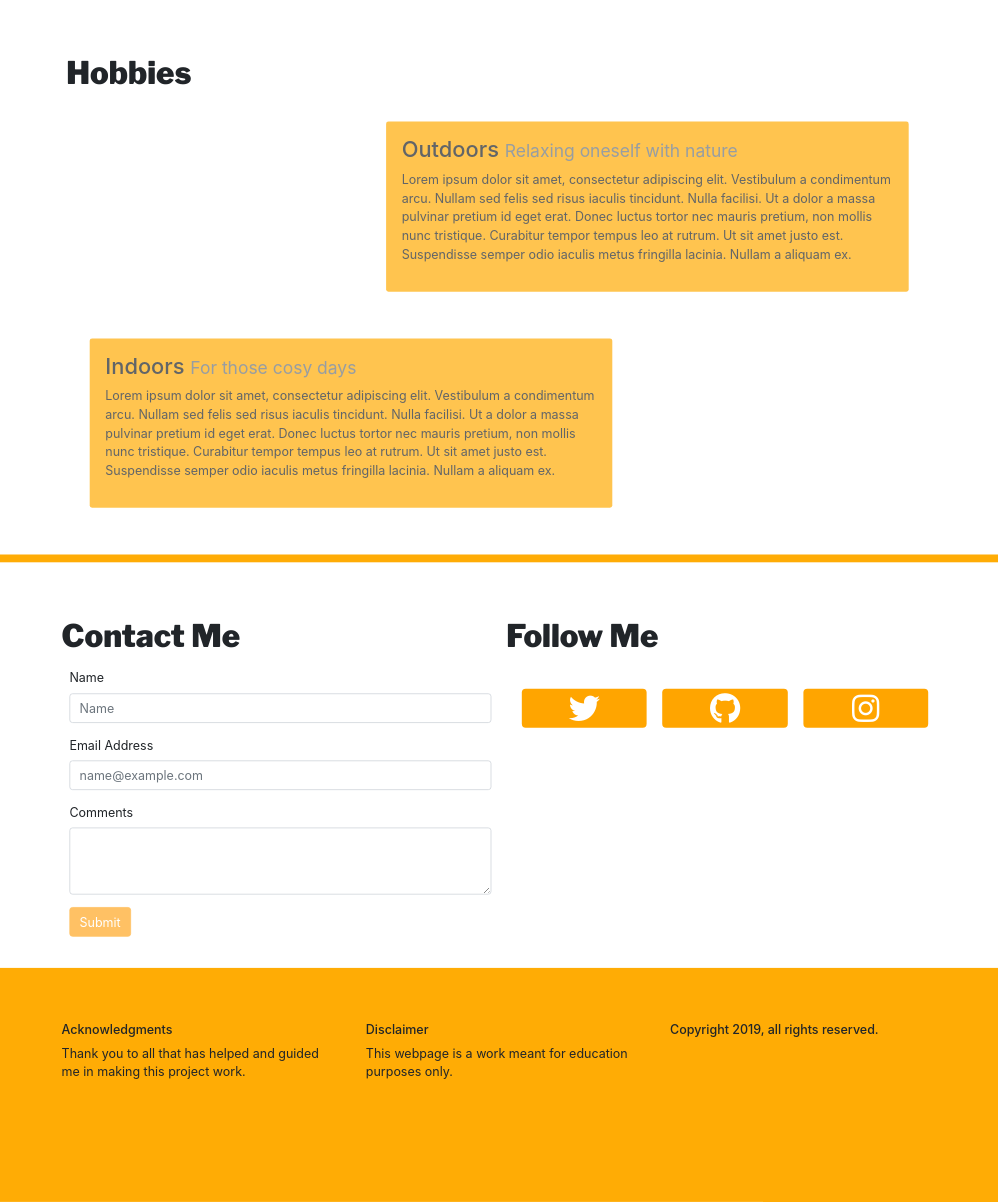
Repository: muhdarifrawi/resume-project
Page: index.html
The author's editor kept a record of every edit. The page is drawn from the files as they stood at one moment, then again after the next edit.
The browser window is 1280 px wide. The pictures show the part of the page from y = 2564 to 4105 px (the page is 4105 px tall), at 78% of full size.
Some web libraries are served in a nearby version.

Above is the page before.

### index.html
<!doctype html>
<html lang="en">

<head>
    <!-- Required meta tags -->
    <meta charset="utf-8">
    <meta name="viewport" content="width=device-width, initial-scale=1, shrink-to-fit=no">
    <!-- Font Awesome script -->
    <script src="https://kit.fontawesome.com/00e1568e72.js"></script>
    <!-- GOOGLE font -->
    <link href="https://fonts.googleapis.com/css?family=Libre+Franklin:900&display=swap" rel="stylesheet">
    <!-- AOS script -->
    <link href="https://unpkg.com/aos@2.3.1/dist/aos.css" rel="stylesheet">

    <!-- Bootstrap CSS -->
    <link rel="stylesheet" href="https://stackpath.bootstrapcdn.com/bootstrap/4.3.1/css/bootstrap.min.css" integrity="sha384-ggOyR0iXCbMQv3Xipma34MD+dH/1fQ784/j6cY/iJTQUOhcWr7x9JvoRxT2MZw1T" crossorigin="anonymous">
    <link rel="stylesheet" href="style.css" type="text/css" />
    <title>Online Resume</title>
</head>

  <!-- scroll spy added to body section -->
<body data-spy="scroll" data-target="#navscroll" data-offset="100">
    <!-- Navbar starts here -->
    <nav id="navscroll" class="navbar fixed-top navbar-expand-lg navbar-light bg-light">
        <a class="navbar-brand" href="#">My Resume</a>
        <button class="navbar-toggler" type="button" data-toggle="collapse" data-target="#navbarSupportedContent" aria-controls="navbarSupportedContent" aria-expanded="false" aria-label="Toggle navigation">
    <span class="navbar-toggler-icon"></span>
  </button>

        <div class="collapse navbar-collapse" id="navbarSupportedContent">
            <ul class="navbar-nav mr-auto">
                <li class="nav-item">
                    <a class="nav-link" href="#home">Home <span class="sr-only">(current)</span></a>
                </li>
                <li class="nav-item">
                    <a class="nav-link" href="#skills">Skills</a>
                </li>

                <li class="nav-item">
                    <a class="nav-link" href="#projects">Projects</a>
                </li>

                <li class="nav-item">
                    <a class="nav-link" href="#hobbies">Hobbies</a>
                </li>

                <li class="nav-item">
                    <a class="nav-link" href="#contact">Contact Me</a>
                </li>

            </ul>

        </div>
    </nav>
    <!-- navbar ends here -->

    <!--Jumbotron -->
    <div class="jumbotron jumbotron-fluid" id="home">
        <div class="container">
            <h1 class="display-4">Muhammad Arif Bin Rawi</h1>
            <p class="lead">Aspiring Junior Game Developer. </p>
        </div>
    </div>

    <div class="orange strip"></div>

<div class="container" id="skills">

<h1>Skills</h1>
    <!-- created div to slot in AOS -->
   <div data-aos="fade-right" data-aos-offset="300" data-aos-easing="ease-in-sine">
        <!-- photoshop row -->
        <div class="row pt-md-5">
            <div class="col-lg-3 col-sm-6">
                <div class="ware">
                    <img src="image/icon/PS.png" alt="photoshop" class="rounded">
                    <div class="house">
                        <div class="text">
                            <h5>Photoshop</h5>
                        </div>
                        <div class="text2">
                            <h6>Good</h6>
                        </div>
                    </div>
                </div>
            </div>
            <div class="col-lg-9 col-sm-6">
                <div class="bar-mid"></div>
            </div>
        </div>

        <!-- ms office row -->
        <div class="row">
            <div class="col-lg-3 col-sm-6">
                <div class="ware">
                    <img src="image/icon/MSO.png" alt="MS Office" class="rounded">
                    <div class="house">
                        <div class="text">
                            <h5>MS Office</h5>
                        </div>
                        <div class="text2">
                            <h6>Advance</h6>
                        </div>
                    </div>
                </div>
            </div>
            <div class="col-lg-9 col-sm-6">
                <div class="bar-full"></div>
            </div>
        </div>

        <!-- CSS row -->
        <div class="row">
            <div class="col-lg-3 col-sm-6">
                <div class="ware">
                    <img src="image/icon/CSS.png" alt="CSS" class="rounded">
                    <div class="house">
                        <div class="text">
                            <h5>CSS</h5>
                        </div>
                        <div class="text2">
                            <h6>Good</h6>
                        </div>
                    </div>
                </div>
            </div>
            <div class="col-lg-9 col-sm-6">
                <div class="bar-mid"></div>
            </div>
        </div>

        <!-- HTML row -->
        <div class="row">
            <div class="col-lg-3 col-sm-6">
                <div class="ware">
                    <img src="image/icon/HTML.png" alt="HTML" class="rounded">
                    <div class="house">
                        <div class="text">
                            <h5>HTML</h5>
                        </div>
                        <div class="text2">
                            <h6>Good</h6>
                        </div>
                    </div>
                </div>
            </div>
            <div class="col-lg-9 col-sm-6">
                <div class="bar-mid"></div>
            </div>
        </div>

        <!-- Java row -->
        <div class="row">
            <div class="col-lg-3 col-sm-6">
                <div class="ware">
                    <img src="image/icon/JS.png" alt="Java" class="rounded">
                    <div class="house">
                        <div class="text">
                            <h5>Java</h5>
                        </div>
                        <div class="text2">
                            <h6>Basic</h6>
                        </div>
                    </div>
                </div>
            </div>
            <div class="col-lg-9 col-sm-6">
                <div class="bar-min"></div>
            </div>
        </div>

        <!-- Python row -->
        <div class="row">
            <div class="col-lg-3 col-sm-6">
                <div class="ware">
                    <img src="image/icon/PY.png" alt="Python" class="rounded">
                    <div class="house">
                        <div class="text">
                            <h5>Python</h5>
                        </div>
                        <div class="text2">
                            <h6>Basic</h6>
                        </div>
                    </div>
                </div>
            </div>
            <div class="col-lg-9 col-sm-6">
                <div class="bar-min"></div>
            </div>
        </div>
    </div>
</div>

    <!-- <div class="orange strip"></div> -->

<!--usage of jumbotron to overcome "no-stretch" problem -->
<div class="jumbotron jumbotron-fluid "  id="projects">
<div class="container">
        <h1>Projects</h1>
        <div class="row">
            <div class="col">
                <div class="card note" style="width: 18rem;">
                    <div class="card-body">
                        <h5 class="card-title">Online Resume</h5>
                        <h6 class="card-subtitle mb-2 text-muted">HTML, CSS, Bootstrap</h6>
                        <p class="card-text">Project displaying the basics of creating a webpage.</p>

                        <a href="https://muhdarifrawi.github.io/resume-project/" target="_blank" class="card-link">
                            <div class="rounded-box"><i class="far fa-window-maximize"></i></div></a>

                        <a href="https://github.com/muhdarifrawi/resume-project" target="_blank" class="card-link">
                            <div class="rounded-box"><i class="fab fa-github"></i></div></a>
                    </div>
                </div>
            </div>

            <div class="col">
                <div class="card note2" style="width: 18rem;">
                    <div class="card-body">
                        <h5 class="card-title">Online Resume</h5>
                        <h6 class="card-subtitle mb-2 text-muted">HTML, CSS, Bootstrap</h6>
                        <p class="card-text">Project displaying the basics of creating a webpage.</p>

                        <a href="https://muhdarifrawi.github.io/resume-project/" target="_blank" class="card-link">
                            <div class="rounded-box"><i class="far fa-window-maximize"></i></div></a>

                        <a href="https://github.com/muhdarifrawi/resume-project" target="_blank" class="card-link">
                            <div class="rounded-box"><i class="fab fa-github"></i></div></a>
                    </div>
                </div>
            </div>

            <div class="col">
                <div class="card note3" style="width: 18rem;">
                    <div class="card-body">
                        <h5 class="card-title">Online Resume</h5>
                        <h6 class="card-subtitle mb-2 text-muted">HTML, CSS, Bootstrap</h6>
                        <p class="card-text">Project displaying the basics of creating a webpage.</p>

                        <a href="https://muhdarifrawi.github.io/resume-project/" target="_blank" class="card-link">
                            <div class="rounded-box"><i class="far fa-window-maximize"></i></div></a>

                        <a href="https://github.com/muhdarifrawi/resume-project" target="_blank" class="card-link">
                            <div class="rounded-box"><i class="fab fa-github"></i></div></a>
                    </div>
                </div>
            </div>

        </div>

        <div class="row">
        <div class="col">
            <div class="card note3" style="width: 18rem;">
                <div class="card-body">
                    <h5 class="card-title">Online Resume</h5>
                    <h6 class="card-subtitle mb-2 text-muted">HTML, CSS, Bootstrap</h6>
                    <p class="card-text">Project displaying the basics of creating a webpage.</p>

                    <a href="https://muhdarifrawi.github.io/resume-project/" target="_blank" class="card-link">
                        <div class="rounded-box"><i class="far fa-window-maximize"></i></div></a>

                    <a href="https://github.com/muhdarifrawi/resume-project" target="_blank" class="card-link">
                        <div class="rounded-box"><i class="fab fa-github"></i></div></a>
                </div>
            </div>
        </div>

        <div class="col">
            <div class="card note" style="width: 18rem;">
                <div class="card-body">
                    <h5 class="card-title">Online Resume</h5>
                    <h6 class="card-subtitle mb-2 text-muted">HTML, CSS, Bootstrap</h6>
                    <p class="card-text">Project displaying the basics of creating a webpage.</p>

                    <a href="https://muhdarifrawi.github.io/resume-project/" target="_blank" class="card-link">
                        <div class="rounded-box"><i class="far fa-window-maximize"></i></div></a>

                    <a href="https://github.com/muhdarifrawi/resume-project" target="_blank" class="card-link">
                        <div class="rounded-box"><i class="fab fa-github"></i></div></a>
                </div>
            </div>
        </div>

        <div class="col">
            <div class="card note2" style="width: 18rem;">
                <div class="card-body">
                    <h5 class="card-title">Online Resume</h5>
                    <h6 class="card-subtitle mb-2 text-muted">HTML, CSS, Bootstrap</h6>
                    <p class="card-text">Project displaying the basics of creating a webpage.</p>

                    <a href="https://muhdarifrawi.github.io/resume-project/" target="_blank" class="card-link">
                        <div class="rounded-box"><i class="far fa-window-maximize"></i></div></a>

                    <a href="https://github.com/muhdarifrawi/resume-project" target="_blank" class="card-link">
                        <div class="rounded-box"><i class="fab fa-github"></i></div></a>
                </div>
            </div>
        </div>

    </div>

    </div>
</div>
<!-- <div class="orange strip"></div> -->

<div class="container" id="hobbies">
    <h1>Hobbies</h1>
    <div class="row">

        <div class="col-sm-6 col-md-4 ">
            <div class="col"><div class="thumb camping"></div></div>
        </div>
        <div class="col-sm-6 col-md-8">
            <div class="card">
                <div class="card-body">
                    <h3>
                      Outdoors
                      <small class="text-muted">Relaxing oneself with nature</small>
                    </h3>

                    <p>
                        Lorem ipsum dolor sit amet, consectetur adipiscing elit. Vestibulum a condimentum arcu. Nullam sed felis sed risus iaculis tincidunt. Nulla facilisi. Ut a dolor a massa pulvinar pretium id eget erat. Donec luctus tortor nec mauris pretium, non mollis nunc tristique. Curabitur tempor tempus leo at rutrum. Ut sit amet justo est. Suspendisse semper odio iaculis metus fringilla lacinia. Nullam a aliquam ex.
                    </p>
                </div>
            </div>
        </div>

    </div>

       <div class="row">

        <div class="col-sm-6 order-sm-2 col-md-4">
            <div class="col"><div class="thumb indoor"></div></div>

        </div>
        <div class="col-sm-6 order-sm-1 col-md-8">

            <div class="card">
                <div class="card-body">
                    <h3>
                    Indoors
                      <small class="text-muted">For those cosy days</small>
                    </h3>

                    <p>
                        Lorem ipsum dolor sit amet, consectetur adipiscing elit. Vestibulum a condimentum arcu. Nullam sed felis sed risus iaculis tincidunt. Nulla facilisi. Ut a dolor a massa pulvinar pretium id eget erat. Donec luctus tortor nec mauris pretium, non mollis nunc tristique. Curabitur tempor tempus leo at rutrum. Ut sit amet justo est. Suspendisse semper odio iaculis metus fringilla lacinia. Nullam a aliquam ex.
                    </p>
                </div>
            </div>

        </div>

    </div>

</div>

<div class="orange strip"></div>

<div class="container" id="contact">


<div class="row">


<!-- left column -->
<div class="col-sm-6 pl-4">
    <!-- top column -->
    <div class="row">
    <h1>Contact Me</h1>
    </div>

<!-- bottom column -->
<div class="row">
<div class="col">
<form>

    <div class="form-group">
        <label for="name">Name</label>
        <input type="text" class="form-control" id="form1" placeholder="Name" required>
    </div>

    <div class="form-group">
        <label for="email">Email Address</label>
        <input type="email" class="form-control" id="form1" placeholder="name@example.com" required>
    </div>


    <div class="form-group">
        <label for="Textarea">Comments</label>
        <textarea class="form-control" id="form1" rows="3" required></textarea>
    </div>

    <input class="btn btn-primary" type="submit" value="Submit">
</form>

</div>
</div>
</div>
<!-- right column-->
<div class="col-sm-6 pl-4">
    <!-- top column -->
    <div class="row">
    <h1>Follow Me</h1>
    </div>
<!--bottom column -->
<div class="col">
    <div class="row pt-3"></div>
    <div class="row">
        <div class="col"><a href="https://www.twitter.com/ArifRawi" target="_blank"><div class="rounded-box"><i class="fab fa-twitter"></i></div></a></div>
        <div class="col"><a href="https://github.com/muhdarifrawi" target="_blank"><div class="rounded-box"><i class="fab fa-github"></i></div></a></div>
        <div class="col"><a href="https://www.instagram.com/muhdarifrawi/" target="_blank"><div class="rounded-box"><i class="fab fa-instagram"></i></div></a></div>

    </div>
    <div class="row"></div>
</div>
</div>
</div>
</div>

<div class="orange banner">
    <div class="container" id="footer">

        <div class="row">

            <div class="col-sm-4 px-4">
                <h6>Acknowledgments</h6>
                    <p>Thank you to all that has helped and guided me in making this project work.</p>



            </div>

            <div class="col-sm-4 px-4">
                <h6>Disclaimer</h6>
                <p>This webpage is a work meant for education purposes only. </p>
            </div>

            <div class="col-sm-4 px-4">
                <h6>Copyright 2019, all rights reserved.</h6>
            </div>
        </div>

    </div>
</div>
    <!-- Optional JavaScript -->
    <!-- jQuery first, then Popper.js, then Bootstrap JS -->
    <script src="https://code.jquery.com/jquery-3.3.1.slim.min.js" integrity="sha384-q8i/X+965DzO0rT7abK41JStQIAqVgRVzpbzo5smXKp4YfRvH+8abtTE1Pi6jizo" crossorigin="anonymous"></script>
    <script src="https://cdnjs.cloudflare.com/ajax/libs/popper.js/1.14.7/umd/popper.min.js" integrity="sha384-UO2eT0CpHqdSJQ6hJty5KVphtPhzWj9WO1clHTMGa3JDZwrnQq4sF86dIHNDz0W1" crossorigin="anonymous"></script>
    <script src="https://stackpath.bootstrapcdn.com/bootstrap/4.3.1/js/bootstrap.min.js" integrity="sha384-JjSmVgyd0p3pXB1rRibZUAYoIIy6OrQ6VrjIEaFf/nJGzIxFDsf4x0xIM+B07jRM" crossorigin="anonymous"></script>
    <!--AOS script -->
    <script src="https://unpkg.com/aos@2.3.1/dist/aos.js"></script>

    <script>
        AOS.init();
    </script>
</body>

</html>

### style.css
html{
    width:100%;
    height:100%;

}

body{
    padding-top:30px;
    width:100%;
    height:100%;

}

.jumbotron{
    margin-bottom:0px;
}

.box{
    height:50px;
    width:50px;
}

.red{
    background-color:red;
}

.blue{
    background-color:blue;
}

.orange{
    background-color:rgba(255, 172, 5, 1);
}

.strip{
    width:100%;
    height:10px;
}

.banner{
    width:100%;
    height:300px;
}

.rect{
    width:100%;
    height:100%;
    padding:15px;
}

.container{
    padding-top:70px;
    padding-bottom:30px;
}

.shelf{
    height:100%;
    width:100%;
}

.col{
    padding:10px;
}


.jumbotron {
  color:white;
}

#home{
    background-image: url("image/bg/bench.jpg");
    background-size: cover;
    /*this allows the image to stretch height to its max. needs html and body to be height:100% as well*/
    height:100%;

}

h1 {
font-family: 'Libre Franklin', sans-serif;
}

.card{
    margin:30px;
    opacity:0.7;
    border:none;

}

.card-body{
    background-color:rgb(255, 172, 5);
    border-radius:3px;

}

.card:hover{
    opacity:1;
}

#footer{
    padding-bottom:0px;
    padding-left:0px;
    padding-right:0px;
    width:100%;
}

.btn-primary{
    background-color:rgb(255, 193, 100);
    border-color:rgb(255, 193, 100);

}

.btn-primary:hover {
    background-color:rgb(255, 234, 5);
    border-color:rgb(255, 234, 5);

}

.icon{
    height:60px;
}

#projects{
    background-image:url(image/bg/circuits.jpg);
    background-size:cover;
    height:1030px;
    padding:0px;

}

#projects h1{
    color:black;
}

#skills{
    background-image:url(image/bg/graph.jpg);
    background-size:cover;

}

.rounded-box{
    background-color:orange;
    height:50px;
    border-radius:5px;
    text-align:center;
    border:1px;
    transition-duration:0.5s;
}

.rounded-box:hover{
    transition-duration:0.5s;
    background-color:rgb(255, 234, 5);
    border-color:rgb(255, 234, 5);
}

.fa-twitter{
    padding-top:5px;
    font-size:40px;
    color:white;
}

.fa-github{
    padding-top:5px;
    font-size:40px;
    color:white;
}

.fa-instagram{
    padding-top:5px;
    font-size:40px;
    color:white;
}

.fa-window-maximize{
    padding-top:5px;
    font-size:40px;
    color:white;
}

.follow{
    margin-top:50px;
}


.bar-full {
    width:0%;
    height:30px;
    background-color:blue;
    animation-name: adv;
    animation-duration: 4s;
    animation-fill-mode:forwards;
    transform:translate(0, 100%);
}

@keyframes adv{

    from{
        width:0%;
        Background-color:rgb(255, 234, 5);
    }

    to{
        width:90%;
        background-color:rgb(5, 255, 172);

    }

}

.bar-mid {
    width:0%;
    height:30px;
    background-color:blue;
    animation-name: gd;
    animation-duration: 4s;
    animation-fill-mode:forwards;
    transform:translate(0, 100%);
}

@keyframes gd{

    from{
        width:0%;
        Background-color:rgb(255, 234, 5);
    }

    to{
        width:60%;
        background-color:rgb(255, 109, 5);

    }

}

.bar-min {
    width:0%;
    height:30px;
    background-color:blue;
    animation-name: basic;
    animation-duration: 4s;
    animation-fill-mode:forwards;
    transform:translate(0, 100%);
}

@keyframes basic{

    from{
        width:0%;
        Background-color:rgb(255, 234, 5);
    }

    to{
        width:30%;
        background-color:rgb(255, 234, 5);

    }

}

.ware{
    /*background-color:purple;*/
    width:100px;
    height:100%;
    margin-left:150px;

}

.rounded{
    width:100%;
}

.house{
    background-color:rgb(255, 172, 5);
    width:100px;
    height:100%;
    transform:translate(0,-100%);
    opacity:0;
    transition-duration:0.75s;
    position:absolute;
    text-align:justify;
    border-radius:3px;
}

.ware:hover .house{
    opacity:0.9;
    cursor:pointer;
}

.text{
    color:rgb(88, 5, 255);
    margin-top:5px;
    text-align:center;
}

.text2{
    color:rgba(5, 88, 255, 0.7);
    margin-top:5px;
    text-align:center;
}

.note {
    transform:rotate(-10deg);
    transition-duration: 1s;
}

.note:hover {
    transform:rotate(0deg);
}

.thumb{
    height:100px;
    width:100px;
}

.camping{

}

.indoor{

}

After the next edit:
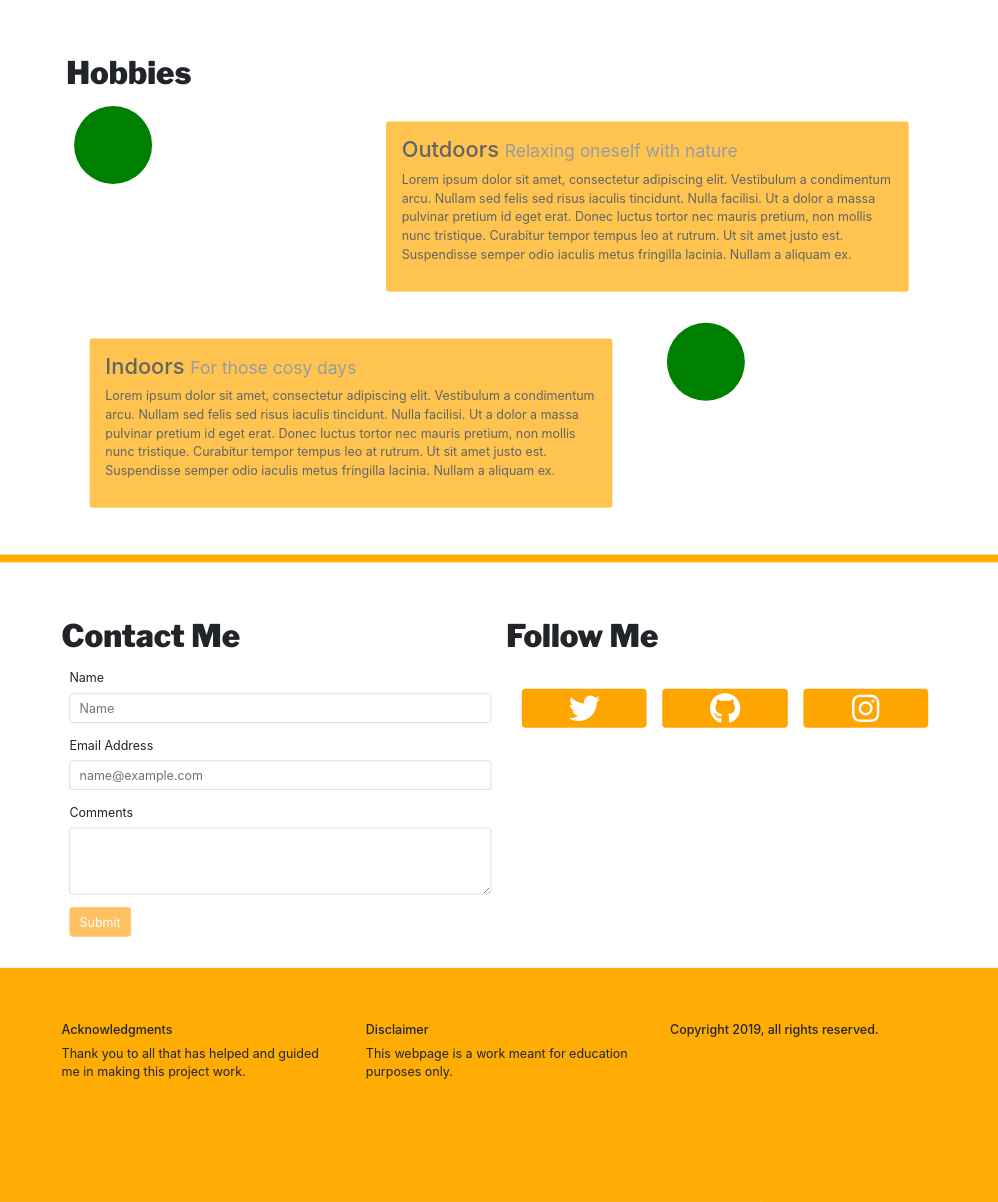
The edit:
--- a/style.css
+++ b/style.css
@@ -309,6 +309,8 @@
 .thumb{
     height:100px;
     width:100px;
+    background-color:green;
+    border-radius:50px;
 }
 
 .camping{
